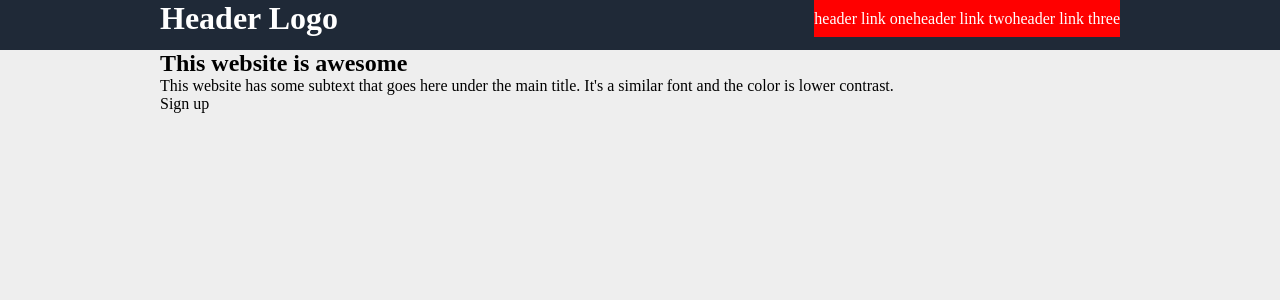
Repository: Pafestivo/Dummy-Landing-Page
Page: index.html
An editor plug-in stored every save of this project. The page is shown before and after the next save, followed by the edit.
The browser window is 1280 px wide. The pictures show the whole page.

Above is the page before, as saved 2022-09-26 17:45:12.

After the next save:
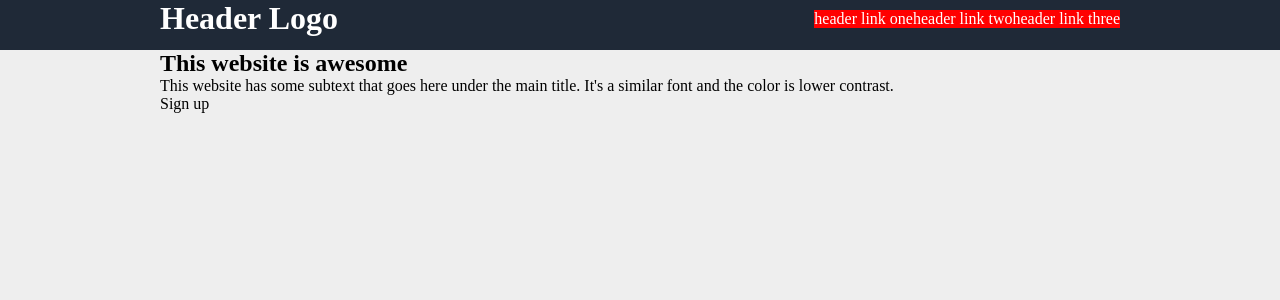
Saved 19 s later.
--- a/styles.css
+++ b/styles.css
@@ -34,6 +34,7 @@
 header nav {
   display: flex;
   align-items: center;
+  align-self: center;
   background-color: red;
 }
 /* End head area  */

After the save that followed:
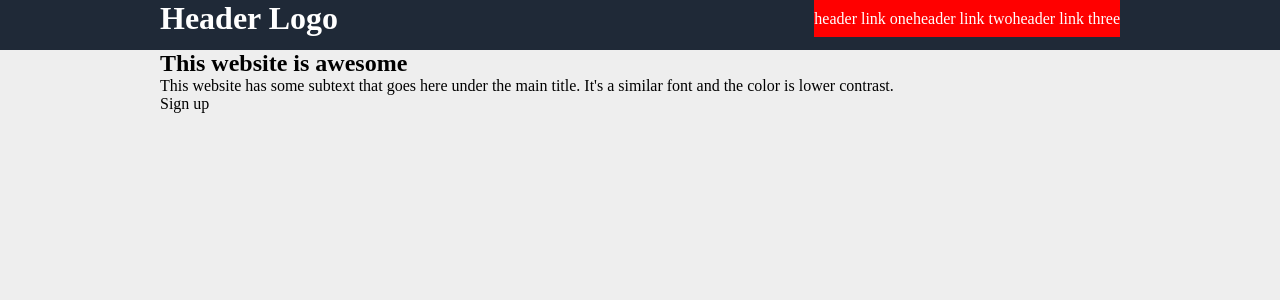
Saved 4 s later.
--- a/styles.css
+++ b/styles.css
@@ -34,7 +34,6 @@
 header nav {
   display: flex;
   align-items: center;
-  align-self: center;
   background-color: red;
 }
 /* End head area  */
